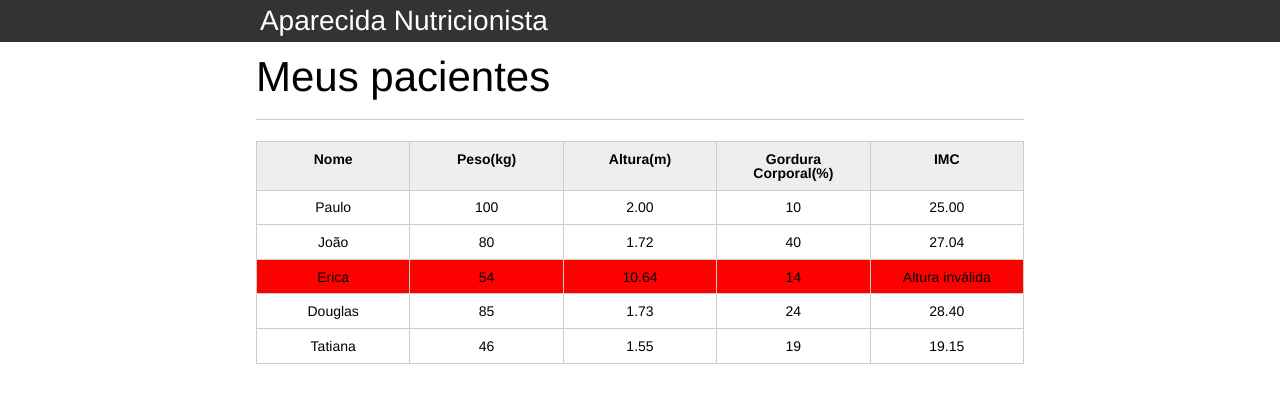
Repository: prof-fernando-alves/introducao-javascript
Page: index.html
The author's editor kept a copy of each file at every save. The page is drawn from the files as they stood at one save, then again after the next save.
The browser window is 1280 px wide. The pictures show the whole page.

Above is the page before, as saved 2021-09-14 14:35:33.

### index.html
<!DOCTYPE html>
<html lang="pt-br">
	<head>
		<meta charset="UTF-8">
		<title>Aparecida Nutrição</title>
		<link rel="icon" href="favicon.ico" type="image/x-icon">
		<link rel="stylesheet" type="text/css" href="css/reset.css">
		<link rel="stylesheet" type="text/css" href="css/index.css">

	</head>
	<body>

		<header>
			<div class="container">
				<h2 class="titulo">Aparecida Nutrição</h2>
			</div>
		</header>
		<main>
			<section class="container">
				<h2>Meus pacientes</h2>
				<table>
					<thead>
						<tr>
							<th>Nome</th>
							<th>Peso(kg)</th>
							<th>Altura(m)</th>
							<th>Gordura Corporal(%)</th>
							<th>IMC</th>
						</tr>
					</thead>
					<tbody id="tabela-pacientes">
						<tr class="paciente" id="primeiro-paciente">
							<td class="info-nome">Paulo</td>
							<td class="info-peso">100</td>
							<td class="info-altura">2.00</td>
							<td class="info-gordura">10</td>
							<td class="info-imc">0</td>
						</tr>

						<tr class="paciente" >
							<td class="info-nome">João</td>
							<td class="info-peso">80</td>
							<td class="info-altura">1.72</td>
							<td class="info-gordura">40</td>
							<td class="info-imc">0</td>
						</tr>

						<tr class="paciente" >
							<td class="info-nome">Erica</td>
							<td class="info-peso">54</td>
							<td class="info-altura">10.64</td>
							<td class="info-gordura">14</td>
							<td class="info-imc">0</td>
						</tr>

						<tr class="paciente">
							<td class="info-nome">Douglas</td>
							<td class="info-peso">85</td>
							<td class="info-altura">1.73</td>
							<td class="info-gordura">24</td>
							<td class="info-imc">0</td>
						</tr>
						<tr class="paciente" >
							<td class="info-nome">Tatiana</td>
							<td class="info-peso">46</td>
							<td class="info-altura">1.55</td>
							<td class="info-gordura">19</td>
							<td class="info-imc">0</td>
						</tr>
					</tbody>
				</table>

			</section>
		</main>

		<script src="js/principal.js" ></script>

	</body>
</html>

### css/index.css
*{
	box-sizing: border-box;
 }

body{
	font-family: "Helvetica Neue", "Helvetica", Helvetica, Arial, sans-serif;
	font-size: 14px;
}

header{
	background-color: #333;
	height: 3em;
	color: #FFF;
	margin-bottom: 1em;
}

header h1{
	font-size: 2em;
	display:inline-block;
	vertical-align:	middle;
}
header h2{
	font-size: 2em;
	display:inline-block;
	vertical-align:	middle;
}

header .container:before{
	content: '';
	display:inline-block;
	height: 100%;
	vertical-align:	middle;
}

.container{
	width: 60%;
	height: 100%;
	margin: 0 auto;
}

section{
	margin: 2em 0;
	overflow: hidden;
}

section h2{
	font-size: 3em;
	display: block;
	padding-bottom: .5em;
	border-bottom: 1px solid #ccc;
	margin-bottom: .5em;
}

table{
	width: 100%;
	margin-bottom : .5em;
    table-layout: fixed;

}

td, th {
	padding: .7em;
	margin: 0;
	border: 1px solid #ccc;
	text-align: center;
}

th{
	font-weight: bold;
	background-color: #EEE;
}

label{
	color: #555;
	display: block;
	margin-bottom: .2em;
}

.campo{
	margin: 0;
	padding-bottom: 1em;
	width: 100%;
	border: 1px solid #ccc;
	padding: .7em;
	width: 100%;
}

.campo-medio{
	display: inline-block;
	padding-right: .5em;
}

.grupo{
	width: 32%;
	display: inline-block;
	padding: 10px 0px;
}

button{
	padding: .5em 2em;
	border: 0;
	border-bottom: 3px solid;
	font-size: 1.2em;
	cursor: pointer;
	margin: 0;
	margin-top: -3px;
	color: #fff;
	background-color:#0c8cd3;
	border-color: #04324c;
	width: 20%;
    display: block;
    clear: both;
    margin: 10px 0px;

}

button:active{
	margin-top:0px;
	border: 0;
}

button[disabled=disabled], button:disabled {
    background-color: gray;
	border-color: darkgray;

}

.adicionar-paciente{
    margin-top: 30px;
}

.campo-invalido{
	border: 1px solid red;
}

### js/principal.js
var titulo = document.querySelector(".titulo");
titulo.textContent = "Aparecida Nutricionista";

var pacientes = document.querySelectorAll(".paciente");

for (var i=0; i < pacientes.length; i++){
        var paciente = pacientes[i]

        var tdPeso = paciente.querySelector(".info-peso");
        var peso = tdPeso.textContent;

        var tdAltura = paciente.querySelector(".info-altura");
        var altura = tdAltura.textContent;

        var tdImc = paciente.querySelector(".info-imc");

        var pesoEhValido = true;
        var alturaEhValida = true;

        if (peso <= 0 || peso >= 1000) {
            console.log("Peso inválido!");
            pesoEhValido = false;
            tdImc.textContent = "Peso inválido";
        }

        if (altura <= 0 || altura >= 3.00) {
            console.log("Altura inválida!");
            alturaEhValida = false;
            tdImc.textContent = "Altura inválida";
            paciente.style.backgroundColor = "red"
        }

        if (pesoEhValido && alturaEhValida) {
            var imc = peso / (altura * altura);
            tdImc.textContent = imc.toFixed(2);
}
}

Loaded but not shown: css/reset.css (common file)

After the next save:
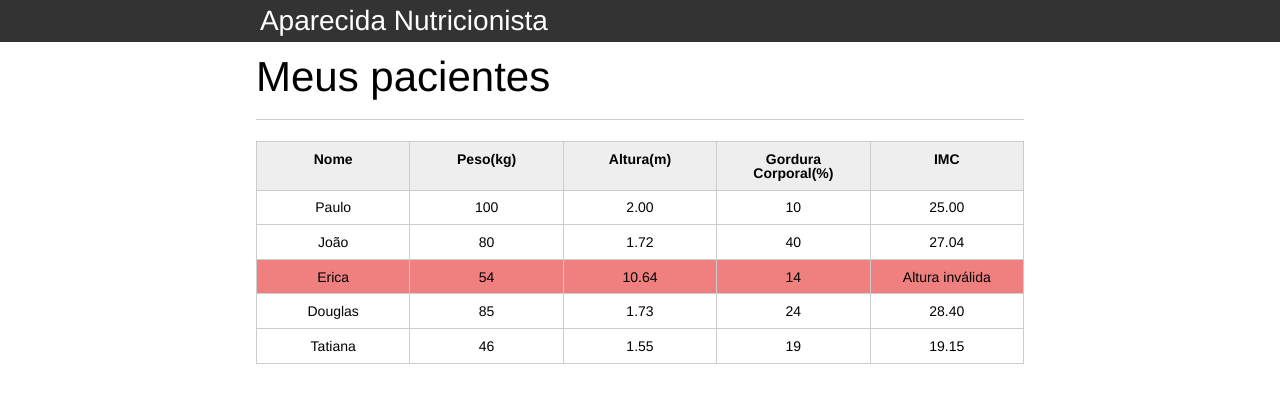
Saved 36 s later.
--- a/js/principal.js
+++ b/js/principal.js
@@ -27,7 +27,7 @@ for (var i=0; i < pacientes.length; i++){
             console.log("Altura inválida!");
             alturaEhValida = false;
             tdImc.textContent = "Altura inválida";
-            paciente.style.backgroundColor = "red"
+            paciente.style.backgroundColor = "lightcoral"
         }
 
         if (pesoEhValido && alturaEhValida) {
